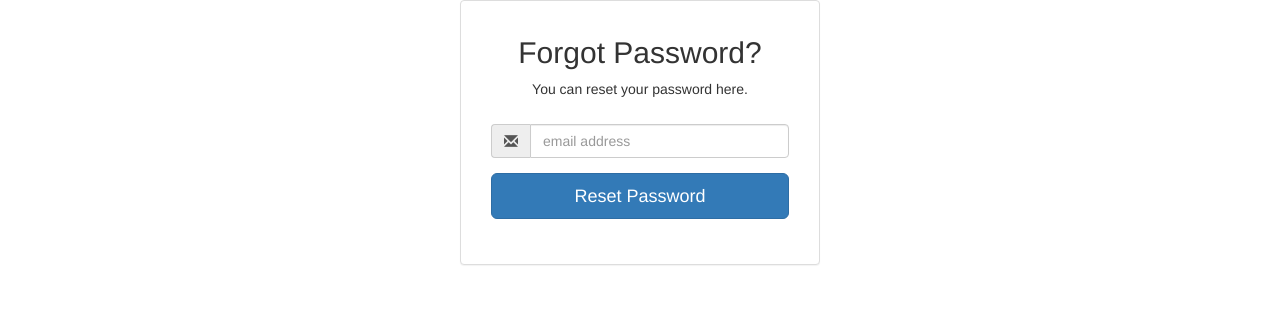
Repository: jayakumar721/projects
Page: TestEngine/WebContent/forgotpassword.html
The author's editor kept a copy of each file at every save. The page is drawn from the files as they stood at one save, then again after the next save.
The browser window is 1280 px wide. The pictures show the whole page.
Some web libraries are served in a nearby version.

Above is the page before, as saved 2017-11-27 06:32:08.

### TestEngine/WebContent/forgotpassword.html
<!DOCTYPE html>
<html>
<head>
<meta charset="UTF-8">
<title>forgotpassword</title>
<link rel="stylesheet"
	href="https://maxcdn.bootstrapcdn.com/bootstrap/3.3.7/css/bootstrap.min.css">

<!-- jQuery library -->
<script
	src="https://ajax.googleapis.com/ajax/libs/jquery/3.2.1/jquery.min.js"></script>
<script src="vendor/jquery-validation/dist/jquery.validate.min.js"></script>

<!-- Latest compiled JavaScript -->
<script
	src="https://maxcdn.bootstrapcdn.com/bootstrap/3.3.7/js/bootstrap.min.js"></script>
</head>
<body>
	<div class="form-gap"></div>
	<div class="container">
		<div class="row">
			<div class="col-md-4 col-md-offset-4">
				<div class="panel panel-default">
					<div class="panel-body">
						<div class="text-center">
							<h3>
								<i class="fa fa-lock fa-4x"></i>
							</h3>
							<h2 class="text-center">Forgot Password?</h2>
							<p>You can reset your password here.</p>
							<div class="panel-body">

								<form id="register-form" role="form" autocomplete="off"
									class="form" method="post">

									<div class="form-group">
										<div class="input-group">
											<span class="input-group-addon"><i
												class="glyphicon glyphicon-envelope color-blue"></i></span> <input
												id="email" name="email" placeholder="email address"
												class="form-control" type="email">
										</div>
									</div>
									<div class="form-group">
										<input name="recover-submit"
											class="btn btn-lg btn-primary btn-block"
											value="Reset Password" type="submit">
									</div>

									<input type="hidden" class="hide" name="token" id="token"
										value="">
								</form>

							</div>
						</div>
					</div>
				</div>
			</div>
		</div>
	</div>
</body>
</html>

After the next save:
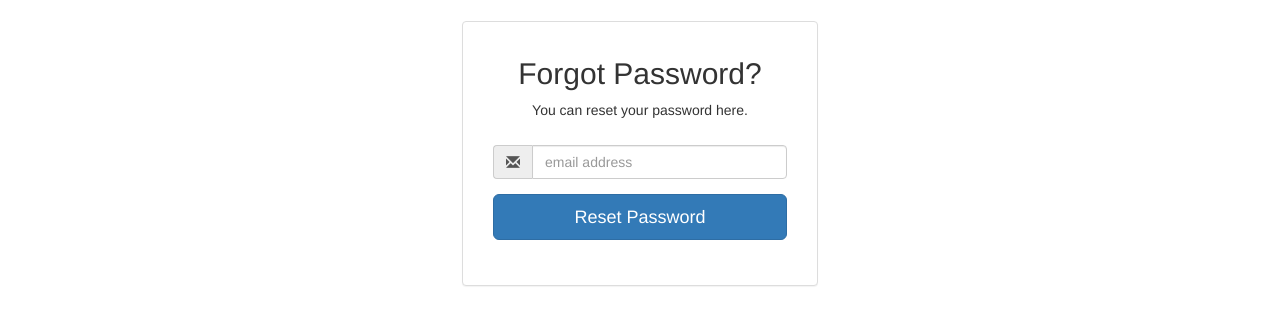
Saved 38 s later.
--- a/TestEngine/WebContent/forgotpassword.html
+++ b/TestEngine/WebContent/forgotpassword.html
@@ -14,6 +14,20 @@
 <!-- Latest compiled JavaScript -->
 <script
 	src="https://maxcdn.bootstrapcdn.com/bootstrap/3.3.7/js/bootstrap.min.js"></script>
+<style type="text/css">
+.container {
+	padding: 20px;
+	border-radius: 10px;
+	position: absolute;
+	border: 1px solid #fff;
+	margin: auto;
+	top: 0;
+	right: 0;
+	bottom: 0;
+	left: 0;
+}
+</style>
+
 </head>
 <body>
 	<div class="form-gap"></div>
